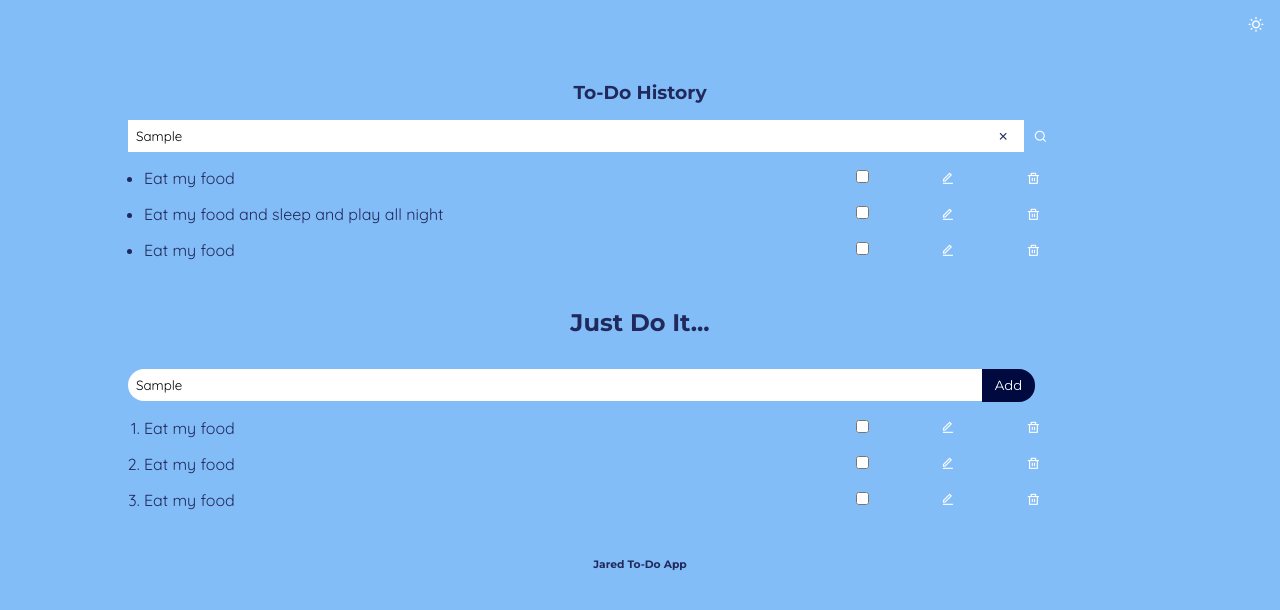
Repository: EguJaredoBoyd/Jared-ToDo-App
Page: main.html
The author's editor kept a copy of each file at every save. The page is drawn from the files as they stood at one save, then again after the next save.
The browser window is 1280 px wide. The pictures show the whole page.
Empty fields were first filled with sample values (such as "Sample", 5 or name@example.com).
After loading, the first visible `#theme` was clicked once.
Some web libraries are served in a nearby version.

Above is the page before, as saved 2025-12-24 21:56:19.
Not found: js/to-do.j

### main.html
<!DOCTYPE html>
<html lang="en">
  <head>
    <meta charset="UTF-8" />
    <meta name="viewport" content="width=device-width, initial-scale=1.0" />
    <title>Document</title>
    <link
      href="https://cdn.jsdelivr.net/npm/remixicon@4.7.0/fonts/remixicon.css"
      rel="stylesheet"
    />
    <link rel="preconnect" href="https://fonts.googleapis.com" />
    <link rel="preconnect" href="https://fonts.gstatic.com" crossorigin />
    <link
      href="https://fonts.googleapis.com/css2?family=Montserrat:ital,wght@0,100..900;1,100..900&display=swap"
      rel="stylesheet"
    />
    <link rel="preconnect" href="https://fonts.googleapis.com" />
    <link rel="preconnect" href="https://fonts.gstatic.com" crossorigin />
    <link
      href="https://fonts.googleapis.com/css2?family=Quicksand:wght@300..700&display=swap"
      rel="stylesheet"
    />
    <link rel="stylesheet" href="./css/main.css" />
    <script src="./js/theme.js" defer></script>
    <script src="./js/to-do.j" defer></script>
  </head>

  <body id="body">
    <div class="body__todo-wrapper">
      <header>
        <button id="theme"><i class="ri-sun-line"></i></button>
      </header>

      <main>
        <section class="todo-history">
          <div>
            <h3>To-Do History</h3>
          </div>
          <div class="todo-history__icon">
            <div>
              <input type="text" placeholder="Search To-dos " />
              <button id="cancel-search-button">
                <i class="ri-close-line"></i>
              </button>
            </div>
            <button id="search-button"><i class="ri-search-line"></i></button>
          </div>
          <div>
            <ul>
              <div class="ul__list">
                <li>Eat my food</li>
                <button>
                  <input type="checkbox" name="checkbox" id="checkbox" />
                </button>
                <button><i class="ri-edit-line"></i></button>
                <button><i class="ri-delete-bin-line"></i></button>
              </div>
              <div class="ul__list">
                <li>Eat my food and sleep and play all night</li>
                <button>
                  <input type="checkbox" name="checkbox" id="checkbox" />
                </button>
                <button><i class="ri-edit-line"></i></button>
                <button><i class="ri-delete-bin-line"></i></button>
              </div>
              <div class="ul__list">
                <li>Eat my food</li>
                <button>
                  <input type="checkbox" name="checkbox" id="checkbox" />
                </button>
                <button>
                  <i class="ri-edit-line"></i>
                </button>
                <button>
                  <i class="ri-delete-bin-line"></i>
                </button>
              </div>
            </ul>
          </div>
        </section>

        <section class="todo-title">
          <div>
            <h2>Just Do It...</h2>
          </div>
        </section>

        <section class="todo-add-task">
          <div class="To-Do">
            <div class="To-Do__create">
              <input type="text" id="to-do" placeholder="Write a To-do" />
              <button id="add-task">Add</button>
            </div>

            <ol id="task-show" class="task-list">
              <div class="ol__list">
                <li>Eat my food</li>
                <button>
                  <input type="checkbox" name="checkbox" id="checkbox" />
                </button>
                <button><i class="ri-edit-line"></i></button>
                <button><i class="ri-delete-bin-line"></i></button>
              </div>
              <div class="ol__list">
                <li>Eat my food</li>
                <button>
                  <input type="checkbox" name="checkbox" id="checkbox" />
                </button>
                <button><i class="ri-edit-line"></i></button>
                <button><i class="ri-delete-bin-line"></i></button>
              </div>
              <div class="ol__list">
                <li>Eat my food</li>
                <button>
                  <input type="checkbox" name="checkbox" id="checkbox" />
                </button>
                <button><i class="ri-edit-line"></i></button>
                <button><i class="ri-delete-bin-line"></i></button>
              </div>
            </ol>
          </div>
        </section>
      </main>

      <footer>
        <div>
          <h6>Jared To-Do App</h6>
        </div>
      </footer>
    </div>
  </body>
</html>

### css/main.css
*,
*::before,
*::after {
  box-sizing: border-box;
  margin: 0;
  padding: 0;
}

:root {
  /* My project colours to use */
  --primary-color: #21295c;
  --secondary-color: #ffffff;

  /* Color for light background */
  --light-primary-color: #83bdf7;
  --light-secondary-color: var(--primary-color);

  /* My font size to use */
  --font-base: 16px;

  /* My spaces to use */
}

html {
  font-size: var(--font-base);
}

body {
  font-family: "Quicksand", sans-serif;
  max-width: 100%;
  width: 100vw;
  max-height: 100vh;
  background-color: var(--primary-color);
  color: var(--secondary-color);
}

body.light-theme {
  background-color: var(--light-primary-color);
  color: var(--light-secondary-color);
}

h2,
h3,
h6 {
  font-family: "Montserrat", sans-serif;
}

button {
  border: none;
  background: none;
  color: var(--secondary-color);
}

button.light-theme {
  background-color: red;
}

.body__todo-wrapper header {
  display: flex;
  justify-content: end;
  align-items: center;
}

.body__todo-wrapper header button {
  padding: 1rem;
}

.body__todo-wrapper header button i {
  font-size: 1rem;
}

main {
  display: flex;
  flex-direction: column;
  align-items: center;
  gap: 2rem;
  margin: 2rem 0;
  max-width: 100vw;
}

.todo-history {
  width: 80vw;
  position: relative;
}

.todo-history div h3 {
  text-align: center;
  margin-bottom: 1rem;
}

.todo-history__icon {
  display: flex;
}

.todo-history__icon div input {
  width: 70vw;
  border: none;
  outline: none;
  padding: 0.5rem;
  font-family: "Quicksand", sans-serif;
}

#cancel-search-button {
  position: relative;
  right: 2rem;
}

#cancel-search-button i {
  color: var(--primary-color);
}

#search-button {
  margin-left: -1rem;
  padding: 0.5rem;
}

.ul__list {
  display: flex;
  justify-content: space-between;
  align-items: center;
  margin: 1rem;
  width: 70vw;
}

.ul__list li {
  width: 50vw;
  max-width: 50vw;
}

.todo-add-task {
  width: 80vw;
}

.To-Do__create {
  max-width: 100vw;
}

.To-Do__create input {
  width: 67vw;
  border: none;
  outline: none;
  padding: 0.5rem;
  font-family: "Quicksand", sans-serif;
  border-top-left-radius: 1rem;
  border-bottom-left-radius: 1rem;
}

.To-Do__create input[type="text"]::placeholder {
  font-family: "Quicksand", sans-serif;
}

.To-Do__create button {
  margin-left: -0.5rem;
  padding: 0.52rem 0.8rem;
  font-family: "Montserrat", sans-serif;
  border-top-right-radius: 1rem;
  border-bottom-right-radius: 1rem;
  background-color: #010a3f;
}

.ol__list {
  display: flex;
  justify-content: space-between;
  align-items: center;
  margin: 1rem;
  width: 70vw;
}

.ol__list li {
  width: 50vw;
  max-width: 50vw;
}

footer div {
  text-align: center;
}

### js/theme.js
//Target the theme button
const theme = document.getElementById("theme");
const body = document.getElementById("body");

//Action to toggle theme class in-between
function toggleTheme() {
  theme.addEventListener("click", () => {
    body.classList.toggle("light-theme");
  });
}

toggleTheme();

After the next save:
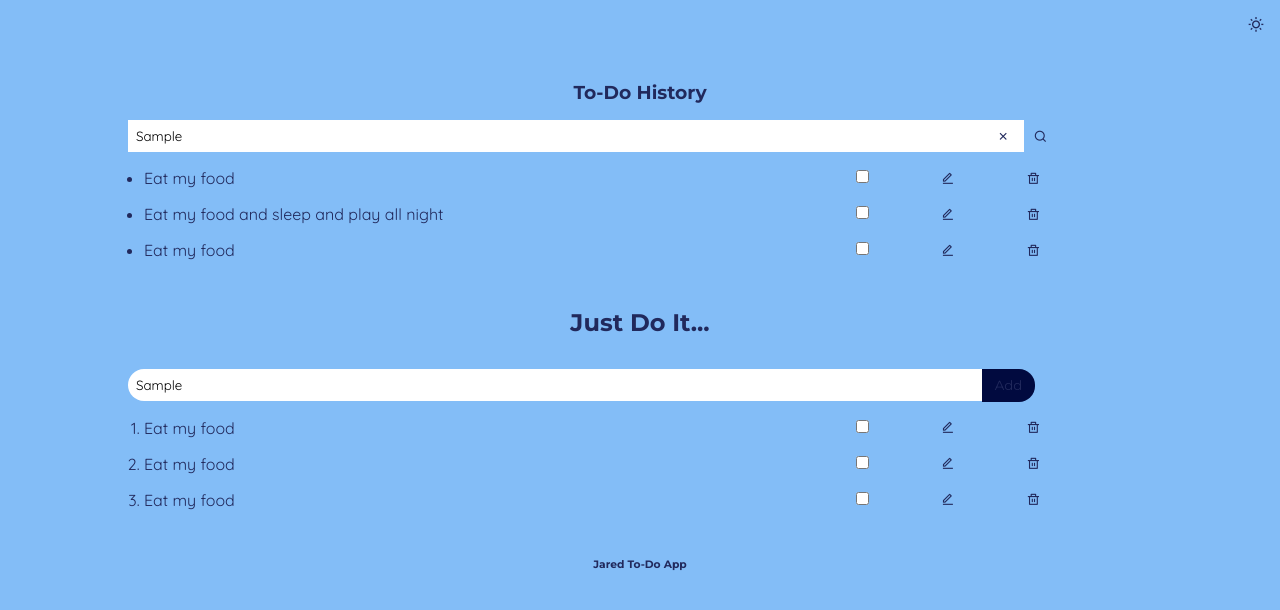
Saved 59 s later.
--- a/css/main.css
+++ b/css/main.css
@@ -51,8 +51,8 @@ button {
   color: var(--secondary-color);
 }
 
-button.light-theme {
-  background-color: red;
+body.light-theme button {
+  color: var(--light-secondary-color);
 }
 
 .body__todo-wrapper header {
